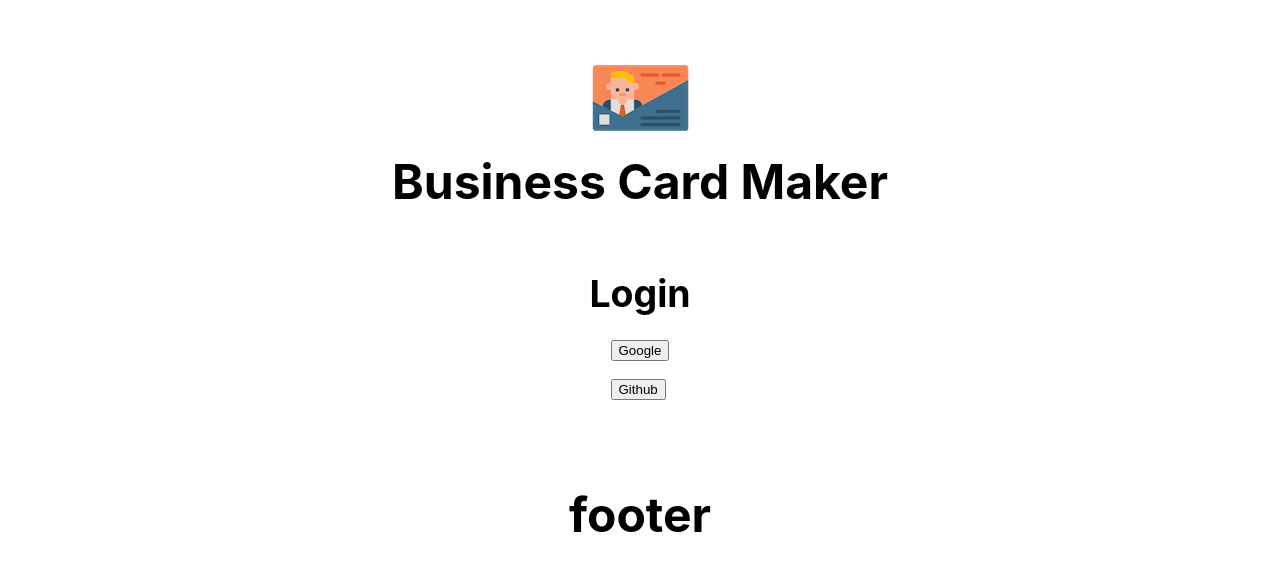
Repository: gomgomigom/firebase_practice_card_maker
Page: /
An editor plug-in stored every save of this project. The page is shown before and after the next save, followed by the edit.
The browser window is 1280 px wide. The pictures show the whole page.
The page's requests for data from a server got no answer. The project was rebuilt for these pictures with package versions that can differ from the ones it lists, and the page was loaded fresh each time. No one was signed in, and anything a server would have sent is missing.

Above is the page before, as saved 2022-01-21 13:53:31.

After the next save:
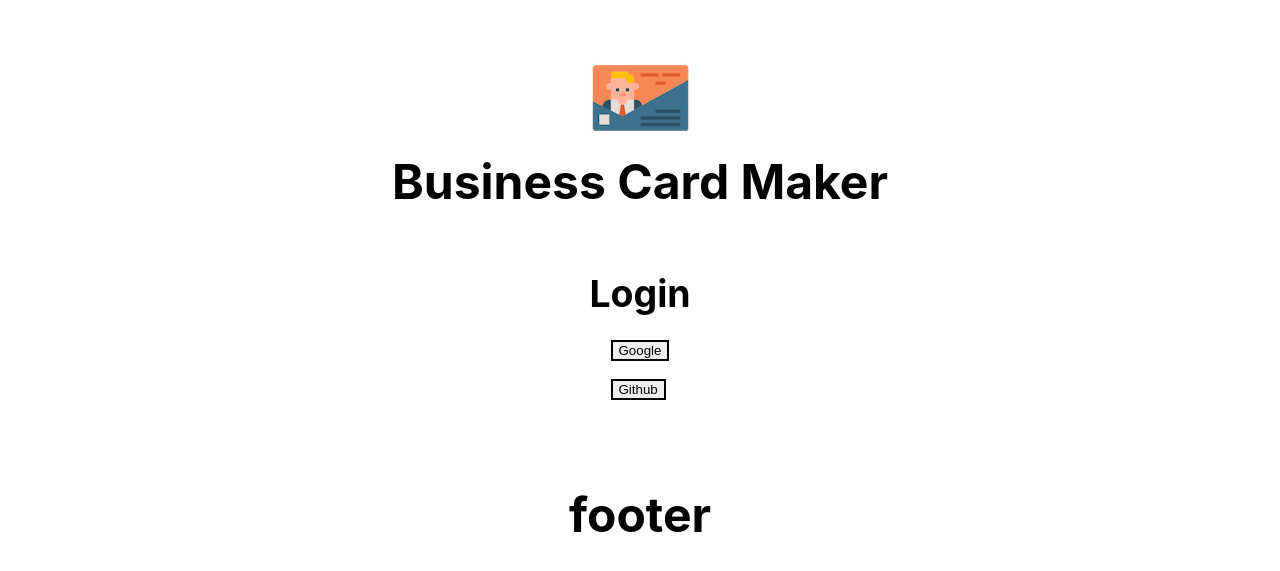
Saved 34 s later.
--- a/src/components/login/login.module.css
+++ b/src/components/login/login.module.css
@@ -1,5 +1,6 @@
 @value makerGrey from '../../common/colors.css';
 @value makerWhite from '../../common/colors.css';
+@value makerGreen from '../../common/colors.css';
 
 .login {
   display: flex;
@@ -32,3 +33,7 @@
 .title {
   margin: 0.5rem;
 }
+
+.button {
+  border: 2px solid;
+}

After the save that followed:
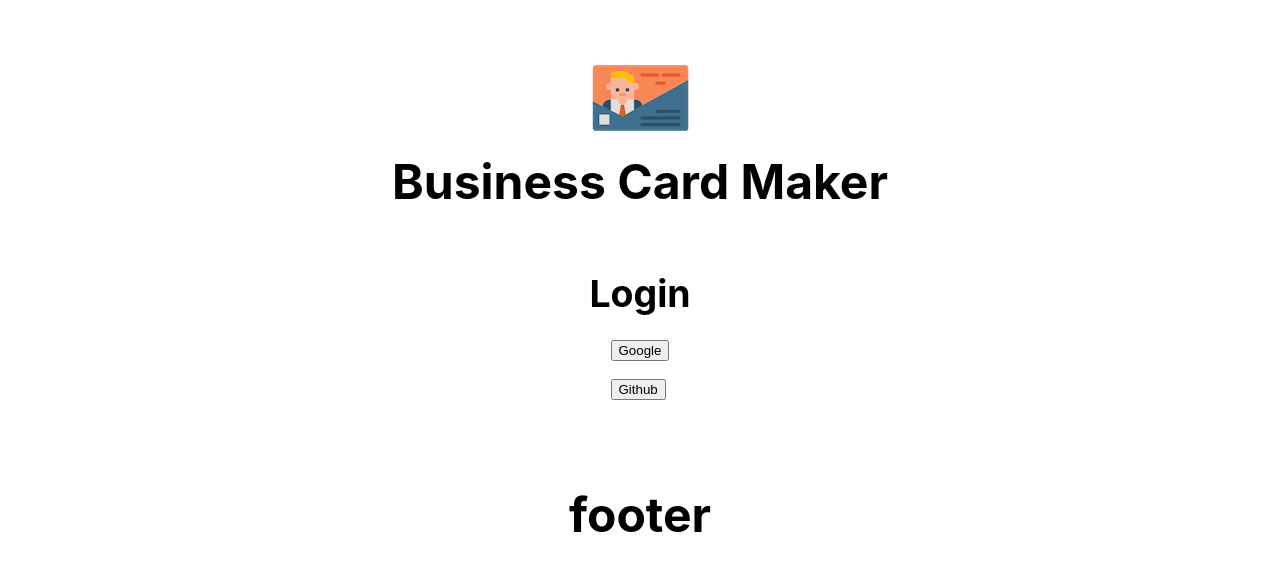
Saved 9 s later.
--- a/src/components/login/login.module.css
+++ b/src/components/login/login.module.css
@@ -35,5 +35,5 @@
 }
 
 .button {
-  border: 2px solid;
+  border: 2px solid makerGreen;
 }
